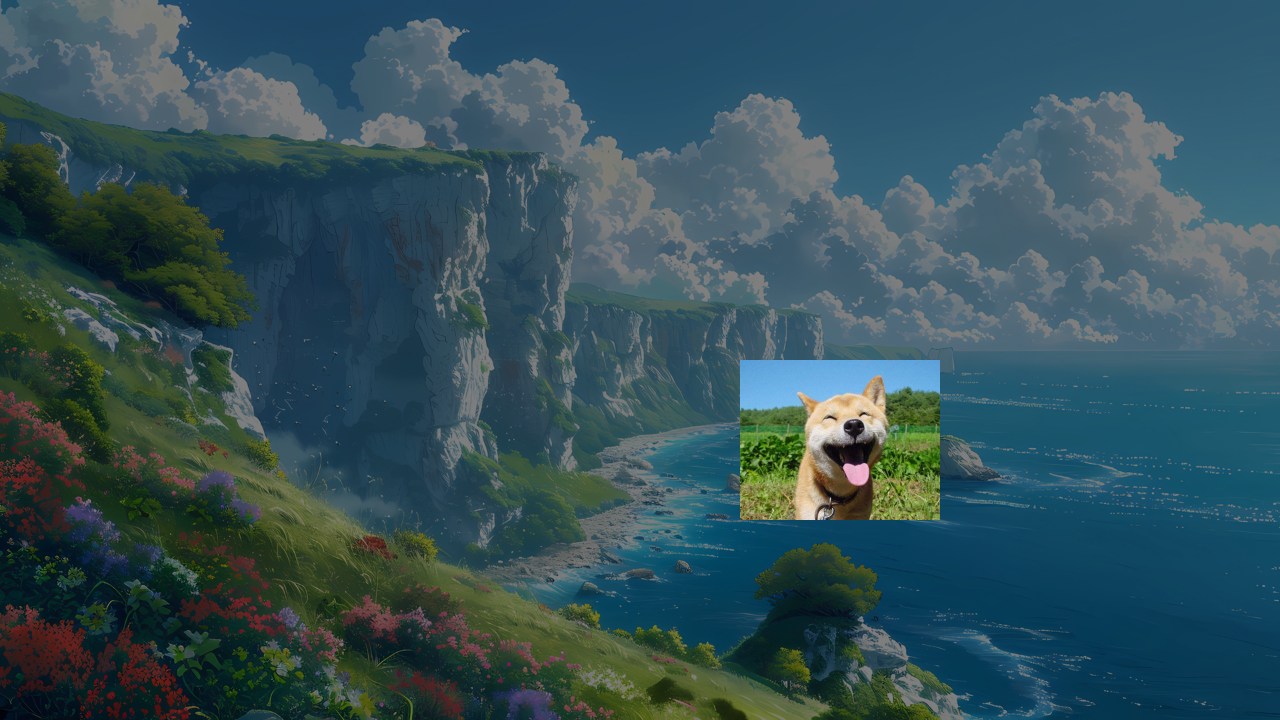
Repository: taoxiaofeng/hello-javascript
Page: master-class/position.html
An editor plug-in stored every save of this project. The page is shown before and after the next save, followed by the edit.
The browser window is 1280 px wide. The pictures show the window.
A layer covers the whole window, so only the first screen is drawn.

Above is the page before, as saved 2024-07-29 21:24:32.

### master-class/position.html
<!DOCTYPE html>
<html lang="en">

<head>
  <meta charset="UTF-8">
  <meta name="viewport" content="width=device-width, initial-scale=1.0">
  <title>css定位</title>
  <style>
    * {
      margin: 0;
      padding: 0;
      box-sizing: border-box;
    }

    .bg {
      width: 100%;
      height: 100dvh;
    }

    .modal {
      width: 100%;
      height: 100%;
      position: fixed;
      top: 0;
      right: 0;
      bottom: 0;
      left: 0;
      background: rgba(0, 0, 0, 0.5);
    }

    .dog {
      width: 200px;
      height: auto;
      position: absolute;
      left: 50%;
      top: 50%;
      margin-left: 100px;
      /* transform: translate(-50%, -50%); */
    }


  </style>
</head>

<body>

  <img class="bg" src="./images/bg.jpg" alt="">
  <div class="modal">
    <img class="dog" src="./images/dog.jpg" alt="">
  </div>
</body>

</html>

After the next save:
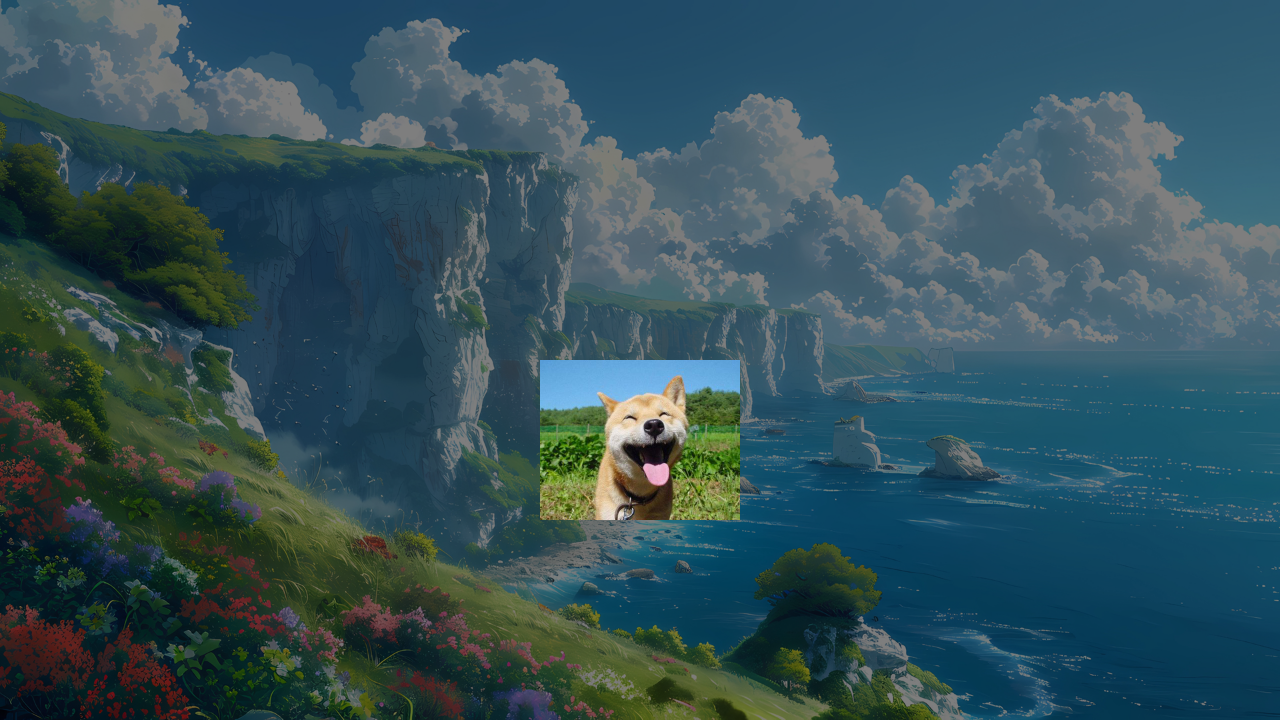
Saved 6 s later.
--- a/master-class/position.html
+++ b/master-class/position.html
@@ -34,7 +34,7 @@
       position: absolute;
       left: 50%;
       top: 50%;
-      margin-left: 100px;
+      margin-left: -100px;
       /* transform: translate(-50%, -50%); */
     }
 
